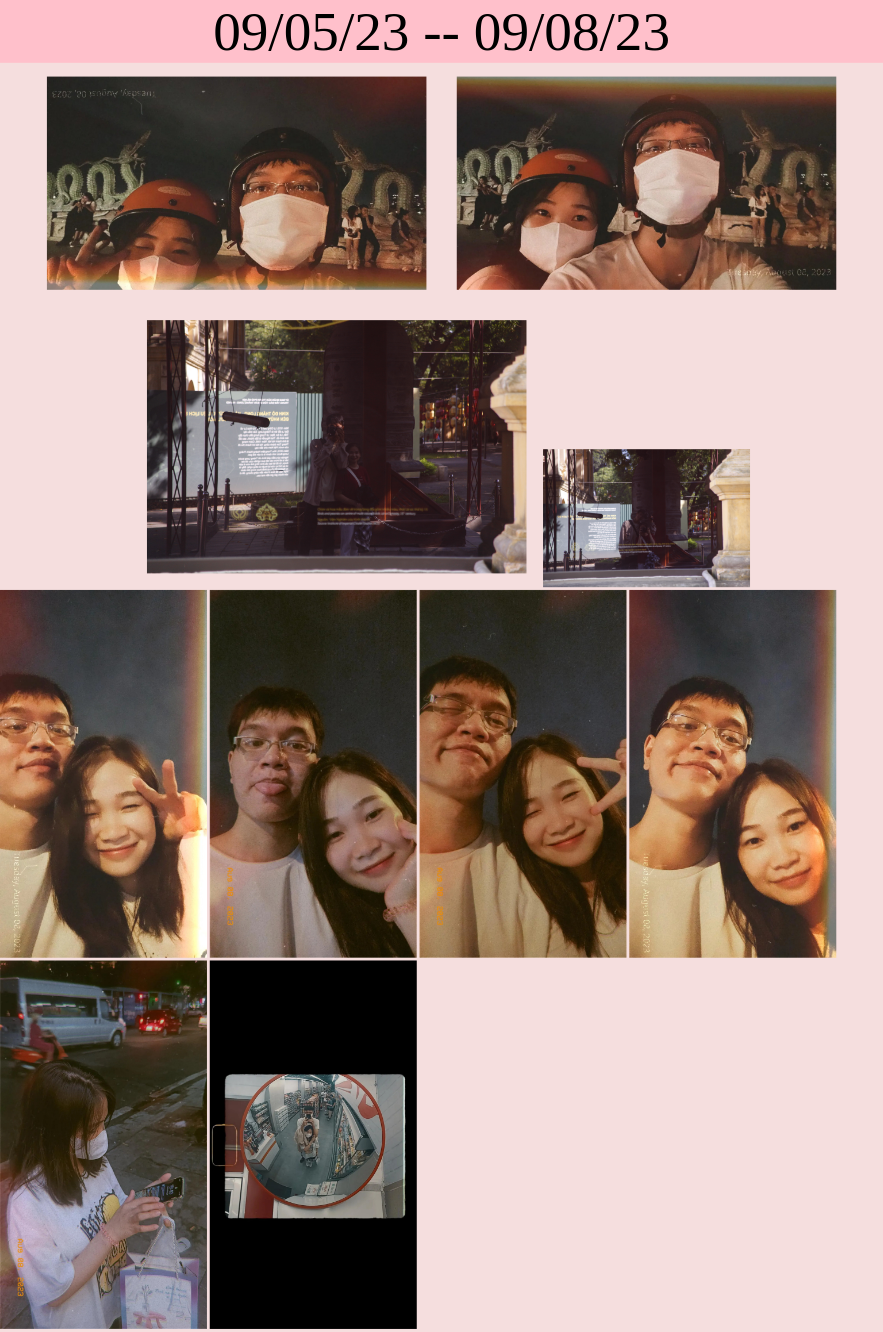
Repository: Hanhanh06/0907
Page: code/0908.html
An editor plug-in stored every save of this project. The page is shown before and after the next save, followed by the edit.
The browser window is 1280 px wide. The pictures show the whole page, at 69% of full size.

Above is the page before, as saved 2023-08-17 17:47:46.

After the next save:
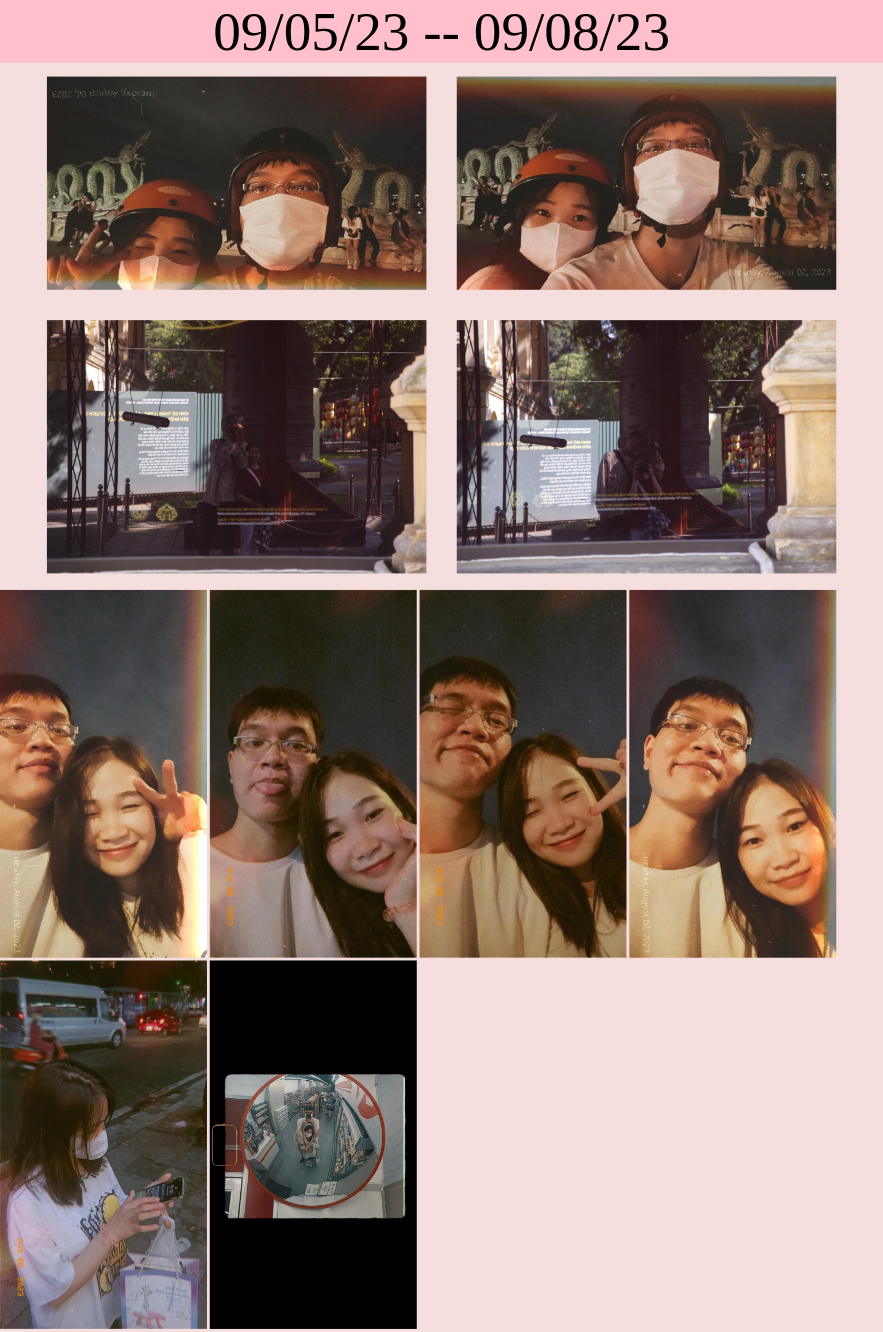
Saved 5 s later.
--- a/code/0908.html
+++ b/code/0908.html
@@ -33,7 +33,7 @@
 
        <img src="014.JPG" alt="Hình ảnh không tồn tại"width="550px" style="margin: 20px;" >
        <!-- <p style="color: crimson;font-size: 16px;"> đi Hồ Tây nè! </p> -->
-       <img src="012.JPG" alt="Hình ảnh không tồn tại" width="300px"> </center>
+       <img src="012.JPG" alt="Hình ảnh không tồn tại" width="550px" style="margin: 20px;"> </center>
 
        <!-- <p style="color: crimson;font-size: 16px;"> đi Hồ Tây nè!</p> -->
        <img src="003.jpg" alt="Hình ảnh không tồn tại" width="300px">
